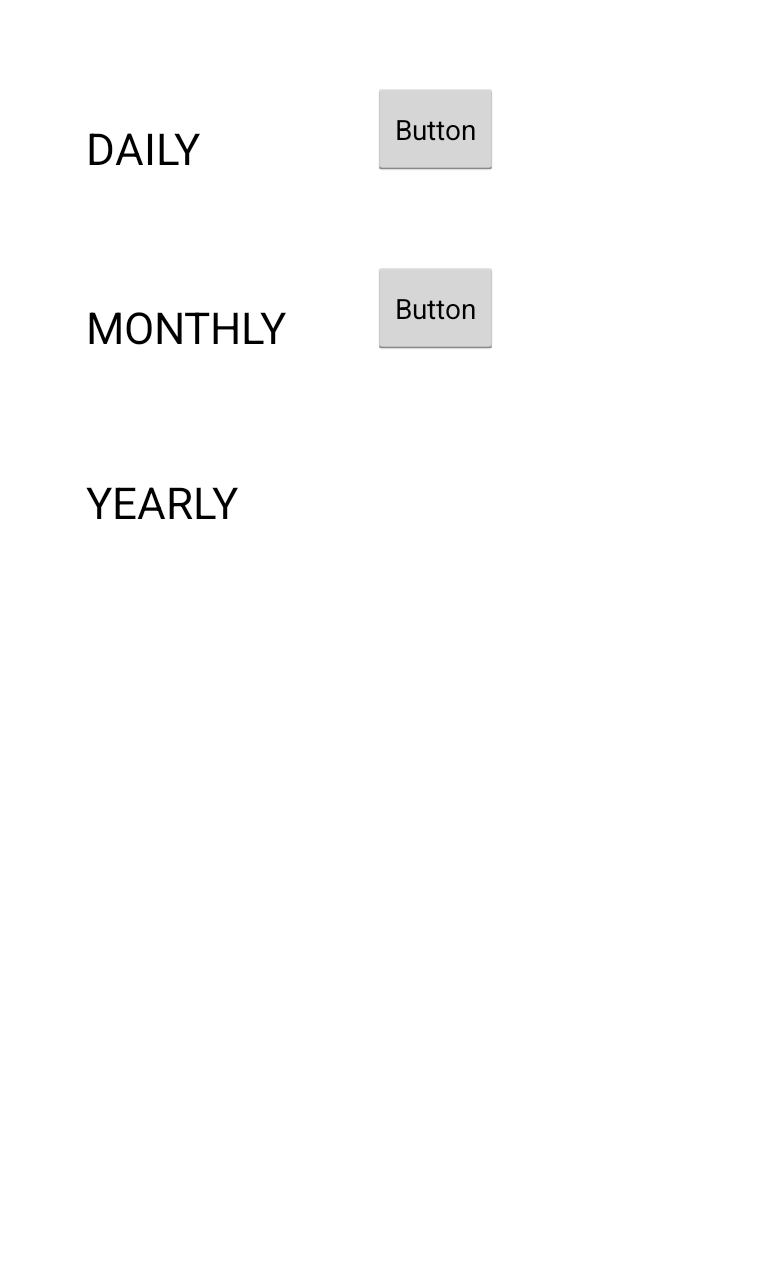
Repository: satyadarls/ToDo
Layout: ToDo/res/layout/activity_main.xml
These files come from the project's save history. The layout is drawn as it stood at one moment and after the next save; the edit follows.
It is drawn on a 768 x 1280 px phone screen (xhdpi) without system bars, with theme AppTheme; the app's code is not run.

Above is the layout before, as saved 2014-07-06 09:31:52.

After the next save:
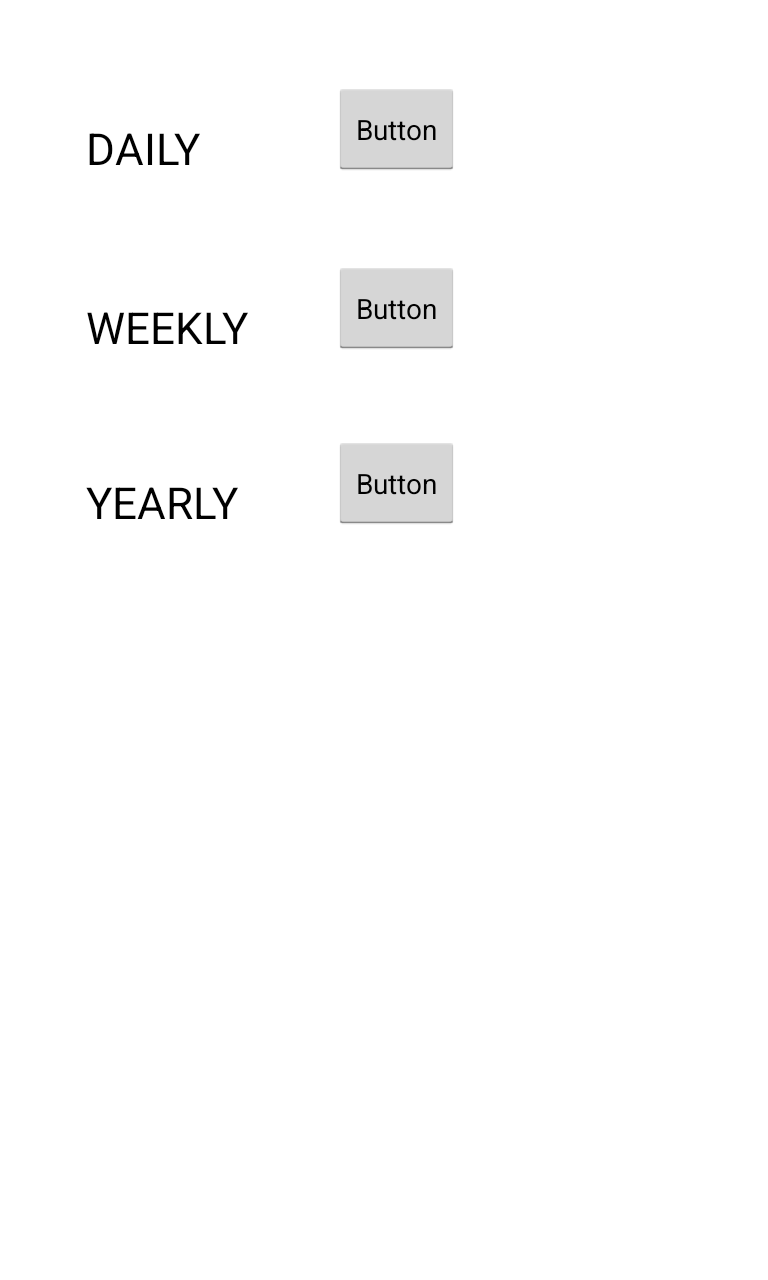
Saved 70 s later.
--- a/ToDo/res/layout/activity_main.xml
+++ b/ToDo/res/layout/activity_main.xml
@@ -40,7 +40,7 @@
         android:layout_alignLeft="@+id/textView1"
         android:layout_below="@+id/textView1"
         android:layout_marginTop="60dp"
-        android:text="MONTHLY"
+        android:text="WEEKLY"
         android:textAppearance="?android:attr/textAppearanceLarge" />
 
     <TextView
@@ -53,4 +53,13 @@
         android:text="YEARLY"
         android:textAppearance="?android:attr/textAppearanceLarge" />
 
+    <Button
+        android:id="@+id/button3"
+        style="?android:attr/buttonStyleSmall"
+        android:layout_width="wrap_content"
+        android:layout_height="wrap_content"
+        android:layout_alignBottom="@+id/textView3"
+        android:layout_alignRight="@+id/button2"
+        android:text="Button" />
+
 </RelativeLayout>
